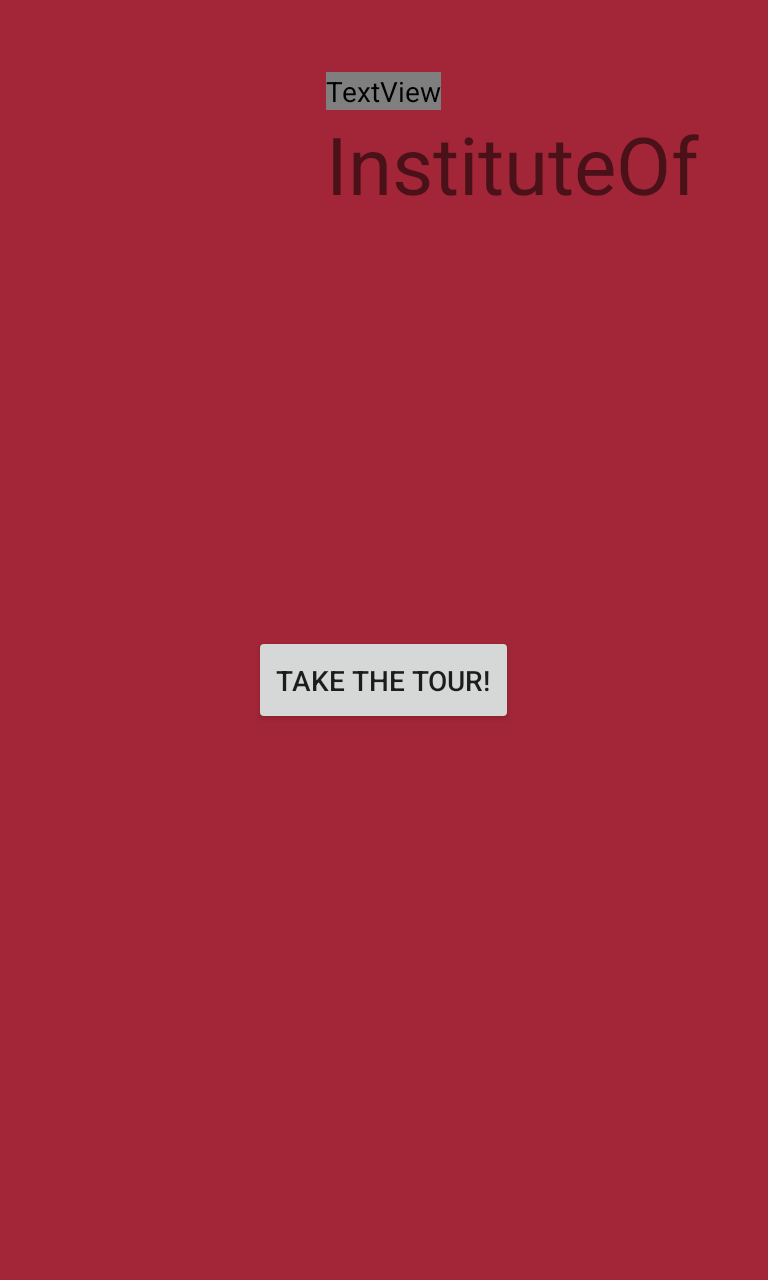
Repository: Klyros/StevensTourApp
Layout: StevensTourApp/res/layout/activity_home_screen.xml
The author's editor kept a copy of each file at every save. The layout is drawn from the files as they stood at one save, then again after the next save.
Pictures or frames that could not be fetched are drawn as grey boxes. It is drawn on a 768 x 1280 px phone screen (xhdpi) without system bars, with theme AppTheme; the app's code is not run.

Above is the layout before, as saved 2014-08-23 22:49:21.

### StevensTourApp/res/layout/activity_home_screen.xml
<RelativeLayout xmlns:android="http://schemas.android.com/apk/res/android"
    xmlns:tools="http://schemas.android.com/tools"
    android:layout_width="match_parent"
    android:layout_height="match_parent"
    android:paddingBottom="@dimen/activity_vertical_margin"
    android:paddingLeft="@dimen/activity_horizontal_margin"
    android:paddingRight="@dimen/activity_horizontal_margin"
    android:paddingTop="@dimen/activity_vertical_margin"
    tools:context="edu.stevens.stevenstourapp.HomeScreen" >



    <Button
        android:id="@+id/btnTour"
        android:layout_width="wrap_content"
        android:layout_height="wrap_content"
        android:layout_below="@+id/editText1"
        android:layout_centerHorizontal="true"
        android:layout_marginTop="300dp"
        android:text="Take the Tour!" />

    <TextView
        android:id="@+id/stevensTitle"
        android:layout_width="wrap_content"
        android:layout_height="wrap_content"
        android:layout_alignParentTop="true"
        android:layout_centerHorizontal="true"
		android:textSize="80sp"
		android:fontFamily="Angleterre Book"
        android:layout_marginTop="20dp"
        android:text="Stevens" />

        <TextView
            android:id="@+id/stevensInstitute"
            android:layout_width="wrap_content"
            android:layout_height="wrap_content"
            android:layout_alignLeft="@+id/stevensTitle"
            android:layout_below="@+id/stevensTitle"
            android:textSize="40sp"
            android:text="Institute" />

        <TextView
            android:id="@+id/stevensOf"
            android:layout_width="wrap_content"
            android:layout_height="wrap_content"
            android:layout_alignBaseline="@+id/stevensInstitute"
            android:layout_alignBottom="@+id/stevensInstitute"
            android:layout_toRightOf="@+id/stevensInstitute"
            android:textSize="40sp"
            android:text="Of" />

</RelativeLayout>

### StevensTourApp/res/values/colors.xml
<?xml version="1.0" encoding="utf-8"?>
<resources>
    <color name="background">#A32638</color>
</resources>

Loaded but not shown: StevensTourApp/res/values/styles.xml (common file); StevensTourApp/res/values-v11/styles.xml (common file); StevensTourApp/res/values-v14/styles.xml (common file); StevensTourApp/res/values/dimens.xml (common file); StevensTourApp/res/values-w820dp/dimens.xml (common file)

After the next save:
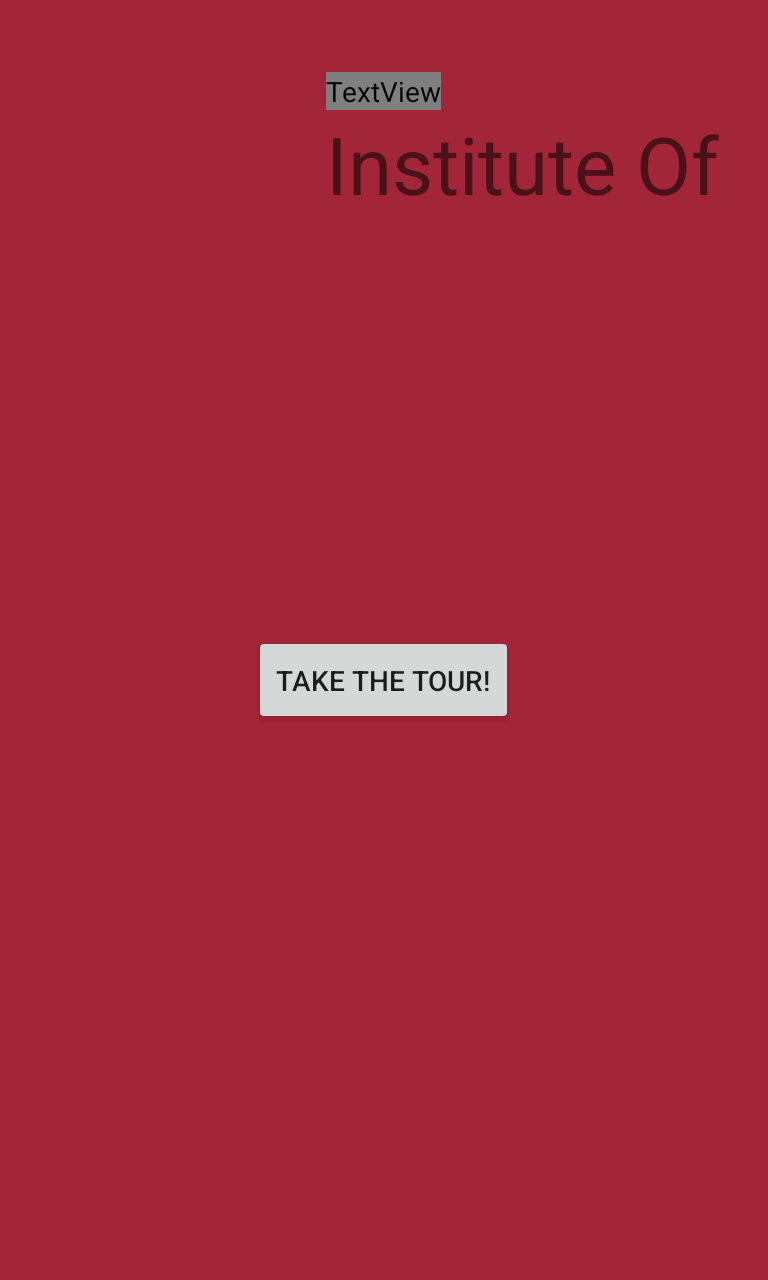
Saved 15 s later.
--- a/StevensTourApp/res/layout/activity_home_screen.xml
+++ b/StevensTourApp/res/layout/activity_home_screen.xml
@@ -37,7 +37,7 @@
             android:layout_alignLeft="@+id/stevensTitle"
             android:layout_below="@+id/stevensTitle"
             android:textSize="40sp"
-            android:text="Institute" />
+            android:text="Institute " />
 
         <TextView
             android:id="@+id/stevensOf"
